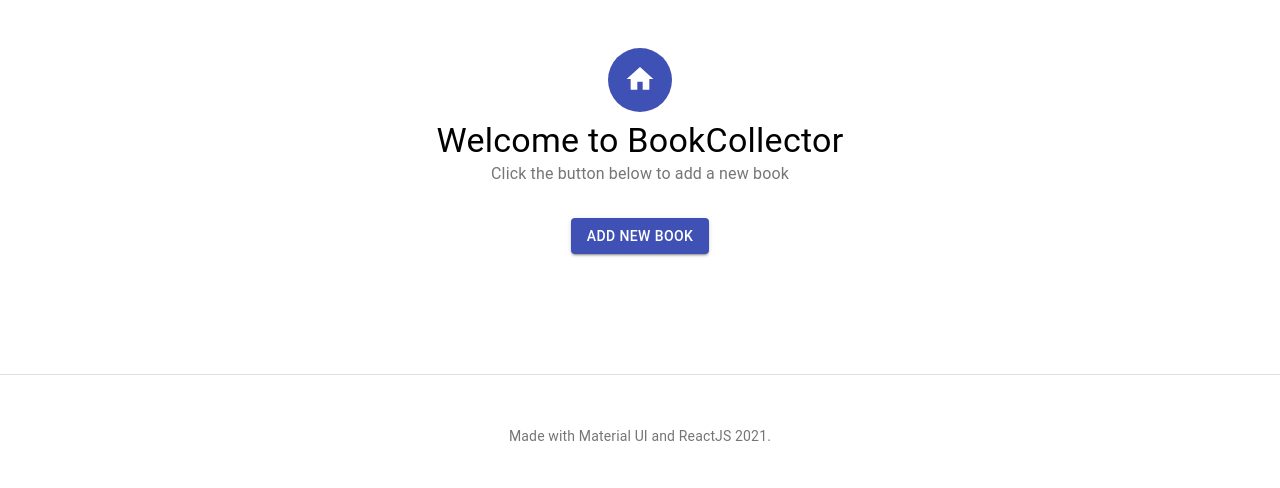
Repository: Colo-Codes/mini-project-react-book-collector
Page: /
These files come from the project's save history. The page is drawn as it stood at one moment and after the next save; the edit follows.
The browser window is 1280 px wide. The pictures show the whole page.
The project was rebuilt for these pictures with package versions that can differ from the ones it lists, and the page was loaded fresh each time. Also part of the build but not shown: src/Books/BooksGridItem.js, src/Books/AddBookForm.js.

Above is the page before, as saved 2021-08-25 14:10:03.

After the next save:
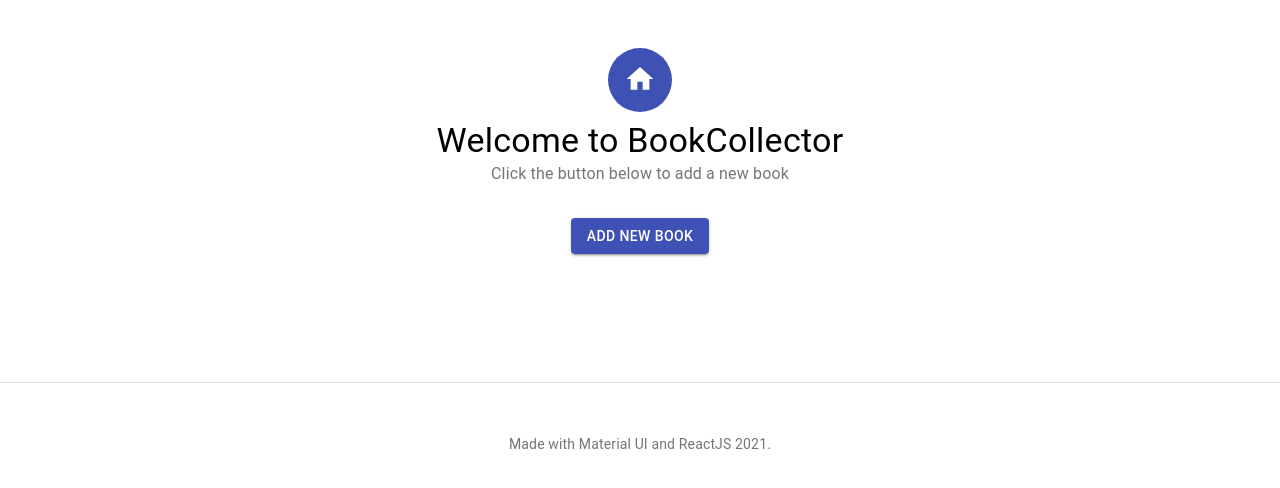
Saved 11 s later.
--- a/src/App.js
+++ b/src/App.js
@@ -22,7 +22,7 @@ const useStyles = makeStyles(theme => ({
   },
   button: {
     marginTop: theme.spacing(4),
-    marginBottom: theme.spacing(15),
+    marginBottom: theme.spacing(16),
 
   },
   footer: {
